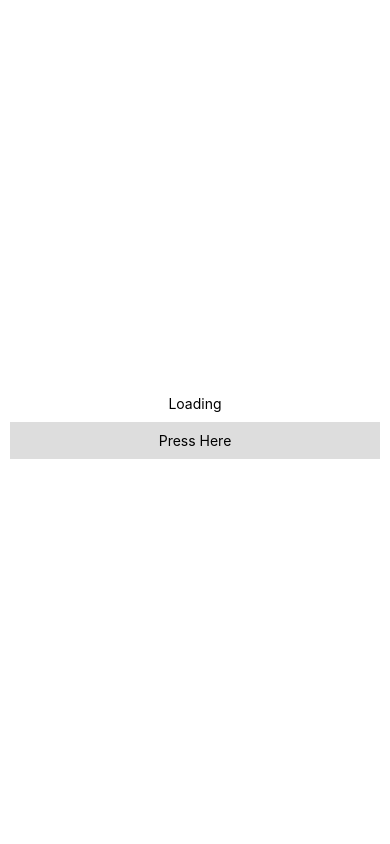
Repository: gatortim50/MyProducts
Screen: /
The author's editor kept a copy of each file at every save. The screen is drawn from the files as they stood at one save, then again after the next save.
The page's requests for data from a server got no answer. The app was drawn by React Native's web renderer in a window 390 px wide. The project was rebuilt for these pictures with package versions that can differ from the ones it lists, and the page was loaded fresh each time. No one was signed in, and anything a server would have sent is missing.

Above is the screen before, as saved 2022-12-20 20:45:36.

### index.js
import React from 'react';
import { AppRegistry } from 'react-native';
import App from './src/App';
import { name as appName } from './app.json';
import { store } from './src/store';
import { Provider } from 'react-redux';
import { ApiProvider } from '@reduxjs/toolkit/query/react';
import {productsApi} from './src/features/apiSlice';


AppRegistry.registerComponent(appName, () => () => (
  <React.StrictMode>
    <Provider store={store}>
      <ApiProvider api={productsApi}>
        <App />
      </ApiProvider>
    </Provider>
  </React.StrictMode>
));

### src/App.tsx
import React, { useState } from "react";
import { StyleSheet, Text, TouchableOpacity, View } from "react-native";
import {
  useGetAllProductsQuery,
  useGetProductQuery,
} from './features/apiSlice';

const App = () => {
  const [count, setCount] = useState(0);
  const { data: allProductsData, error, isError, isLoading, } = useGetAllProductsQuery();
  const { data: singleProductData } = useGetProductQuery('iphone');
  console.log('!!',  error, isError, isLoading);

  const onPress = () => {
    setCount(prevCount => prevCount + 1);
    console.log('count:', count);
  }
  // if (isLoading) {
  //   return <Text>Loading</Text>
  // } else {
  //   return <Text>Loaded</Text>
  // }

  return (
    <View style={styles.container}>
      <View style={styles.countContainer}>
        <Text>Loading</Text>
      </View>
      <TouchableOpacity
        style={styles.button}
        onPress={onPress}
      >
        <Text>Press Here</Text>
      </TouchableOpacity>
    </View>
  );
};

const styles = StyleSheet.create({
  container: {
    flex: 1,
    justifyContent: "center",
    paddingHorizontal: 10
  },
  button: {
    alignItems: "center",
    backgroundColor: "#DDDDDD",
    padding: 10
  },
  countContainer: {
    alignItems: "center",
    padding: 10
  }
});

export default App;

### app.json
{
  "name": "MyUsersApp",
  "displayName": "MyUsersApp"
}

### src/store.ts
import { configureStore, createSlice, PayloadAction } from "@reduxjs/toolkit";
import { productsApi } from "./features/apiSlice";
export const store = configureStore({
  reducer: {
    [productsApi.reducerPath]: productsApi.reducer,
  },
  middleware: (getDefaultMiddleware) =>
  getDefaultMiddleware().concat(productsApi.middleware),
});

### src/features/apiSlice.js
/* React-specific entry point that automatically generates
hooks corresponding to the defined endpoints */
import { createApi, fetchBaseQuery } from '@reduxjs/toolkit/query/react';

export const productsApi = createApi({
  reducerPath: "productsApi",
  baseQuery: fetchBaseQuery({baseUrl: "https://dummyjson.com/"}),
  endpoints: (builder) => ({
    getAllProducts: builder.query({
      query: () => "products",
    }),
    getProduct: builder.query({
      query: (product) => `products/search/q=${product}`,
    }),
  }),
});

export const { useGetAllProductsQuery, useGetProductQuery } = productsApi;

After the next save:
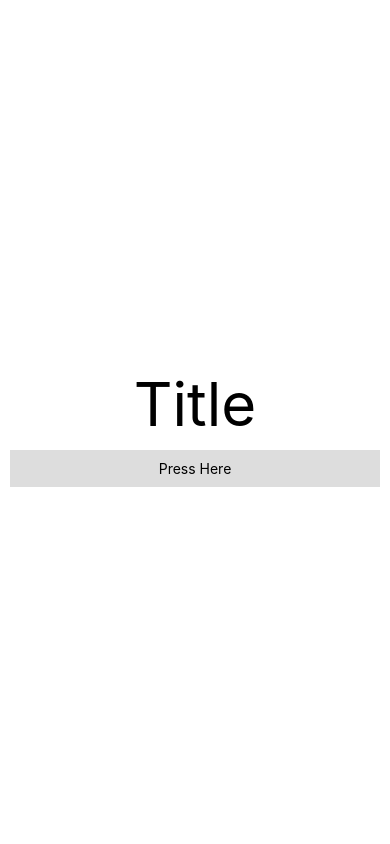
Saved 8 min 0 s later.
--- a/src/App.tsx
+++ b/src/App.tsx
@@ -15,16 +15,25 @@ const App = () => {
     setCount(prevCount => prevCount + 1);
     console.log('count:', count);
   }
-  // if (isLoading) {
-  //   return <Text>Loading</Text>
-  // } else {
-  //   return <Text>Loaded</Text>
-  // }
+
+  const Card = ({ title, showButton }) => (
+    <View>
+      <Text style={{ fontSize: 60 }}>{title}</Text>
+      {showButton &&
+      <TouchableOpacity
+      style={styles.button}
+      onPress={onPress}
+    >
+      <Text>Press Here</Text>
+    </TouchableOpacity>
+      }
+    </View>
+  )
 
   return (
     <View style={styles.container}>
       <View style={styles.countContainer}>
-        <Text>Loading</Text>
+        <Card title="Title" showButton={false} />
       </View>
       <TouchableOpacity
         style={styles.button}
